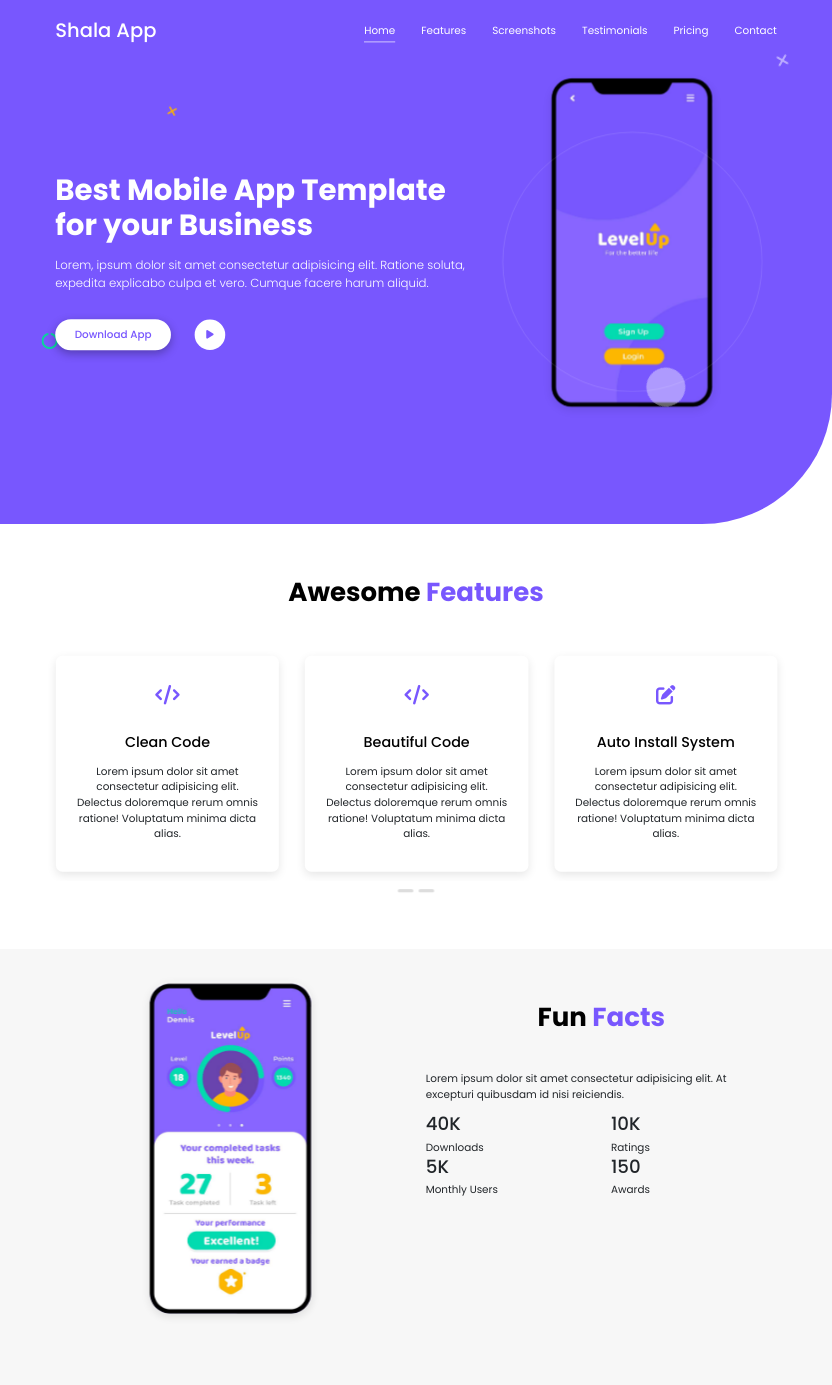
Repository: Mohamed-Hema/Shala-App
Page: index.html
These files come from the project's save history. The page is drawn as it stood at one moment and after the next save; the edit follows.
The browser window is 1280 px wide. The pictures show the whole page, at 65% of full size.
Some web libraries are served in a nearby version.

Above is the page before, as saved 2021-02-19 16:54:23.

After the next save:
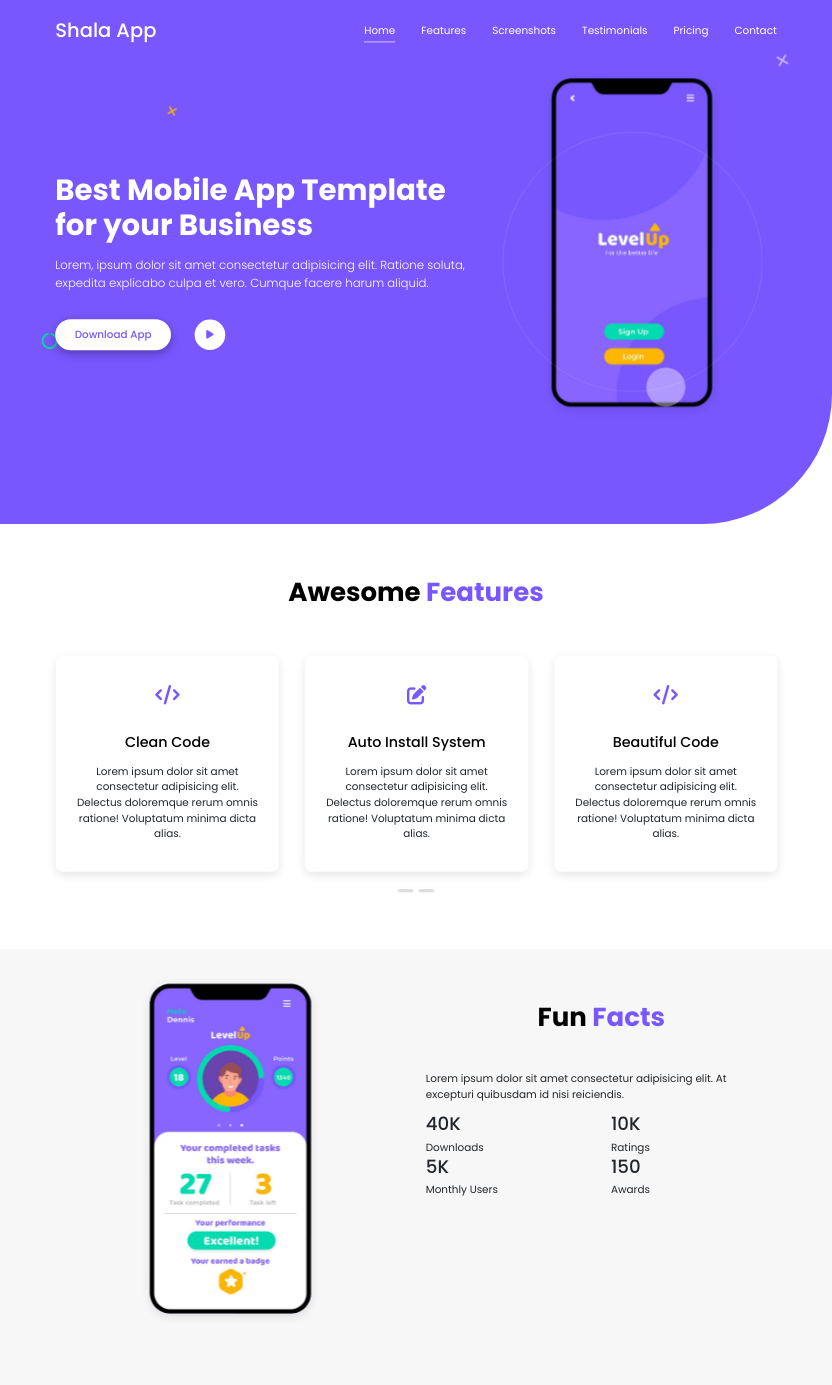
Saved 25 s later.
--- a/index.html
+++ b/index.html
@@ -112,13 +112,13 @@
             <p>Lorem ipsum dolor sit amet consectetur adipisicing elit. Delectus doloremque rerum omnis ratione! Voluptatum minima dicta alias.</p>
           </div>
           <div class="feature-item">
-            <div class="icon"><i class="fas fa-code"></i></div>
-            <h3>Beautiful Code</h3>
+            <div class="icon"><i class="fas fa-edit"></i></div>
+            <h3>Auto Install System</h3>
             <p>Lorem ipsum dolor sit amet consectetur adipisicing elit. Delectus doloremque rerum omnis ratione! Voluptatum minima dicta alias.</p>
           </div>
           <div class="feature-item">
-            <div class="icon"><i class="fas fa-edit"></i></div>
-            <h3>Auto Install System</h3>
+            <div class="icon"><i class="fas fa-code"></i></div>
+            <h3>Beautiful Code</h3>
             <p>Lorem ipsum dolor sit amet consectetur adipisicing elit. Delectus doloremque rerum omnis ratione! Voluptatum minima dicta alias.</p>
           </div>
           <div class="feature-item">
